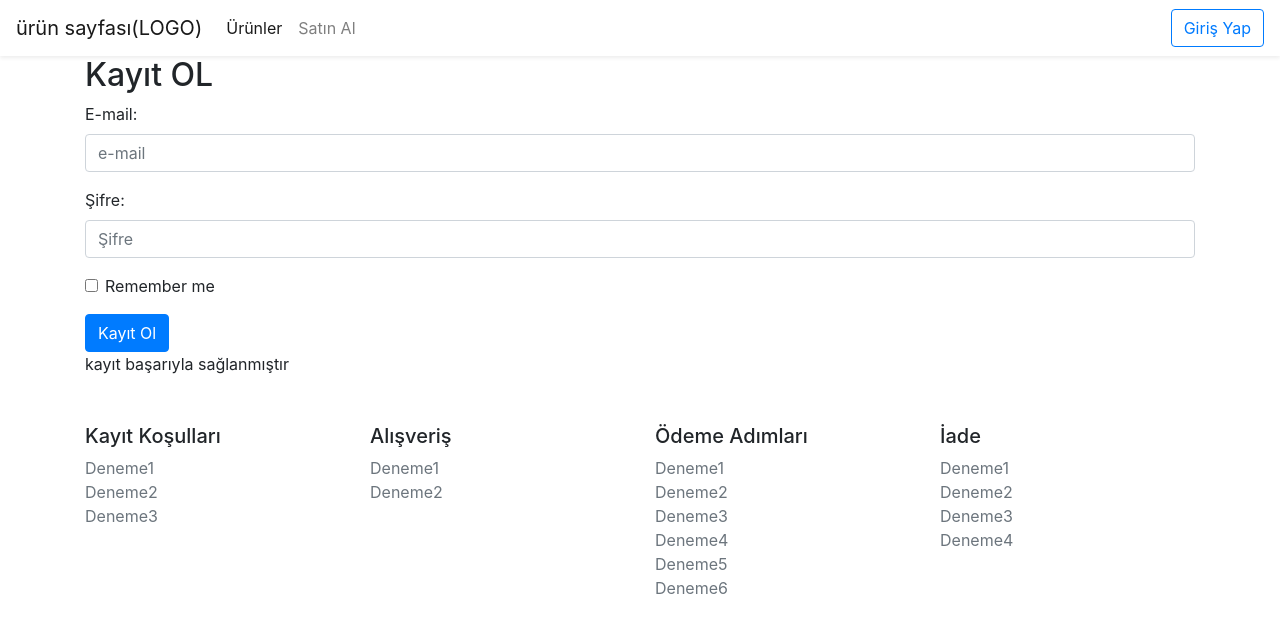
Repository: NergisAktug/E-Commerce-PythonWithFlask-Sqlite3
Page: http://localhost/kayit
An editor plug-in stored every save of this project. The page is shown before and after the next save, followed by the edit.
The browser window is 1280 px wide. The pictures show the whole page.
Some web libraries are served in a nearby version. The page is served by the project's application, run on Flask 3 (app.py).

Above is the page before, as saved 2018-12-02 21:36:17.

### templates/kayit.html
<!doctype html>
<html lang="en">
  <head>
      <!-- Required meta tags -->
    <meta charset="utf-8">
    <meta name="viewport" content="width=device-width, initial-scale=1, shrink-to-fit=no">
    <link rel="stylesheet" href="https://use.fontawesome.com/releases/v5.5.0/css/all.css" integrity="sha384-B4dIYHKNBt8Bc12p+WXckhzcICo0wtJAoU8YZTY5qE0Id1GSseTk6S+L3BlXeVIU" crossorigin="anonymous">
    <!-- Bootstrap CSS -->
    <link rel="stylesheet" href="https://stackpath.bootstrapcdn.com/bootstrap/4.1.3/css/bootstrap.min.css" integrity="sha384-MCw98/SFnGE8fJT3GXwEOngsV7Zt27NXFoaoApmYm81iuXoPkFOJwJ8ERdknLPMO" crossorigin="anonymous">

    <title>Hello, world!</title>
  </head>
  <body>
    <nav class="navbar navbar-expand-lg navbar-light shadow-sm" >
        <a href="#" class="navbar-brand">ürün sayfası(LOGO)</a>
        <button class="navbar-toggler" type="button" data-toggle="collapse" data-target="#navbarMenü">
            <span class="navbar-toggler-icon"></span>
        </button>
        <div class="collapse navbar-collapse" id="navbarMenü">
            <ul class="navbar-nav mr-auto">
                <li class="nav-item">
                    <a href="#" class="nav-link active" >Ürünler</a>
                 </li>
                 <li class="nav-item">
                        <a href="#" class="nav-link">Satın Al</a>
                     </li>

                       </ul>

                       <ul class="navbar-nav">
                        <li class="nav-item">
                              <a href="/üye" class="btn btn-outline-primary">Giriş Yap</a>
                             </li>
                       </ul>




             </div>

    </nav>
    <div class="container">


     <h2>Kayıt OL</h2>
            <form action="/kayit" method="POST">
              <div class="form-group">
                <label for="email">E-mail:</label>
                <input type="email" class="form-control" id="email" placeholder="e-mail" name="email">
              </div>
              <div class="form-group">
                <label for="pwd">Şifre:</label>
                <input type="password" class="form-control" id="pwd" placeholder="Şifre" name="sifre">
              </div>
              <div class="form-group form-check">
                <label class="form-check-label">
                  <input class="form-check-input" type="checkbox" name="remember"> Remember me
                </label>
              </div>
              <button type="submit" class="btn btn-primary">Kayıt Ol</button>
           </form>
           {% if mail!=[] and parola!=[] %}
        <p>kayıt başarıyla sağlanmıştır</p>

           {% endif %}

          </div>

   <footer class="my-5">
<div class="container">
      <div class="row">
     <div class="col-6 col-md-3">
       <h5>Kayıt Koşulları</h5>
       <ul class="list-unstyled">
        <li><a href="#" class="text-muted">Deneme1</a></li>
        <li><a href="#" class="text-muted">Deneme2</a></li>
        <li><a href="#" class="text-muted">Deneme3</a></li>

        </ul>
     </div>

     <div class="col-6 col-md-3">
        <h5>Alışveriş</h5>
        <ul class="list-unstyled">
            <li><a href="#" class="text-muted">Deneme1</a></li>
            <li><a href="#" class="text-muted">Deneme2</a></li>

         </ul>
      </div>
      <div class="col-6 col-md-3">
          <h5>Ödeme Adımları</h5>
          <ul class="list-unstyled">
              <li><a href="#" class="text-muted">Deneme1</a></li>
              <li><a href="#" class="text-muted">Deneme2</a></li>
              <li><a href="#" class="text-muted">Deneme3</a></li>
              <li><a href="#" class="text-muted">Deneme4</a></li>
              <li><a href="#" class="text-muted">Deneme5</a></li>
              <li><a href="#" class="text-muted">Deneme6</a></li>
           </ul>
        </div>
        <div class="col-6 col-md-3">
            <h5>İade</h5>
            <ul class="list-unstyled">
                <li><a href="#" class="text-muted">Deneme1</a></li>
                <li><a href="#" class="text-muted">Deneme2</a></li>
                <li><a href="#" class="text-muted">Deneme3</a></li>
                <li><a href="#" class="text-muted">Deneme4</a></li>
             </ul>
          </div>
      </div>
</div>
   </footer>

    <!-- Optional JavaScript -->
    <!-- jQuery first, then Popper.js, then Bootstrap JS -->
    <script src="https://unpkg.com/aos@2.3.1/dist/aos.js"></script>
    <script src="https://code.jquery.com/jquery-3.3.1.slim.min.js" integrity="sha384-q8i/X+965DzO0rT7abK41JStQIAqVgRVzpbzo5smXKp4YfRvH+8abtTE1Pi6jizo" crossorigin="anonymous"></script>
    <script src="https://cdnjs.cloudflare.com/ajax/libs/popper.js/1.14.3/umd/popper.min.js" integrity="sha384-ZMP7rVo3mIykV+2+9J3UJ46jBk0WLaUAdn689aCwoqbBJiSnjAK/l8WvCWPIPm49" crossorigin="anonymous"></script>
    <script src="https://stackpath.bootstrapcdn.com/bootstrap/4.1.3/js/bootstrap.min.js" integrity="sha384-ChfqqxuZUCnJSK3+MXmPNIyE6ZbWh2IMqE241rYiqJxyMiZ6OW/JmZQ5stwEULTy" crossorigin="anonymous"></script>
    <script>
        AOS.init();
      </script>
  </body>
</html>

### app.py
"""Flask Login Example and instagram fallowing find"""

from flask import Flask, url_for, render_template, request, redirect, session, escape
from flask_sqlalchemy import SQLAlchemy



app = Flask(__name__)
app.secret_key = 'any random string'

app.config['SQLALCHEMY_DATABASE_URI'] = 'sqlite:///kullanicilar.db'
db = SQLAlchemy(app)


class User(db.Model):
	""" Create user table"""
	id = db.Column(db.Integer, primary_key=True)
	email = db.Column(db.String(80), unique=True)
	sifre = db.Column(db.String(80))

	def __init__(self, email, sifre):
		self.email = email
		self.sifre = sifre


@app.route('/')
def index():
	if not session.get('giris_yap'):
		return render_template('index.html')
	else:
		if request.method == 'POST':
			return render_template('index.html')
		return render_template('index.html')


@app.route('/üye')
def uye():
	return render_template('/üye.html')
@app.route('/giris', methods=['GET', 'POST'])
def giris():
	if request.method == 'GET':
		return render_template('kayit.html')
	else:
		mail = request.form['email']
		parola = request.form['sifre']
		data = User.query.filter_by(email=mail, sifre=parola).first()
		if data is not None:
			session['giris_yap'] = True
			return redirect(url_for('index'))
		else:
			return  render_template('index.html')

@app.route('/kayit', methods=['GET', 'POST'])
def kayit():
	"""Register Form"""
	if request.method == 'POST':
		mail = request.form['email']
		parola = request.form['sifre']
		new_user = User(email=mail, sifre=parola)
		db.session.add(new_user)
		db.session.commit()

		return render_template('index.html',mail=mail)
	return render_template('kayit.html')
@app.route("/cıkıs")
def cıkıs():
	session['logged_in'] = False
	return redirect(url_for('index'))


if __name__ == '__main__':

	db.create_all()
	app.run(debug=True)

After the next save:
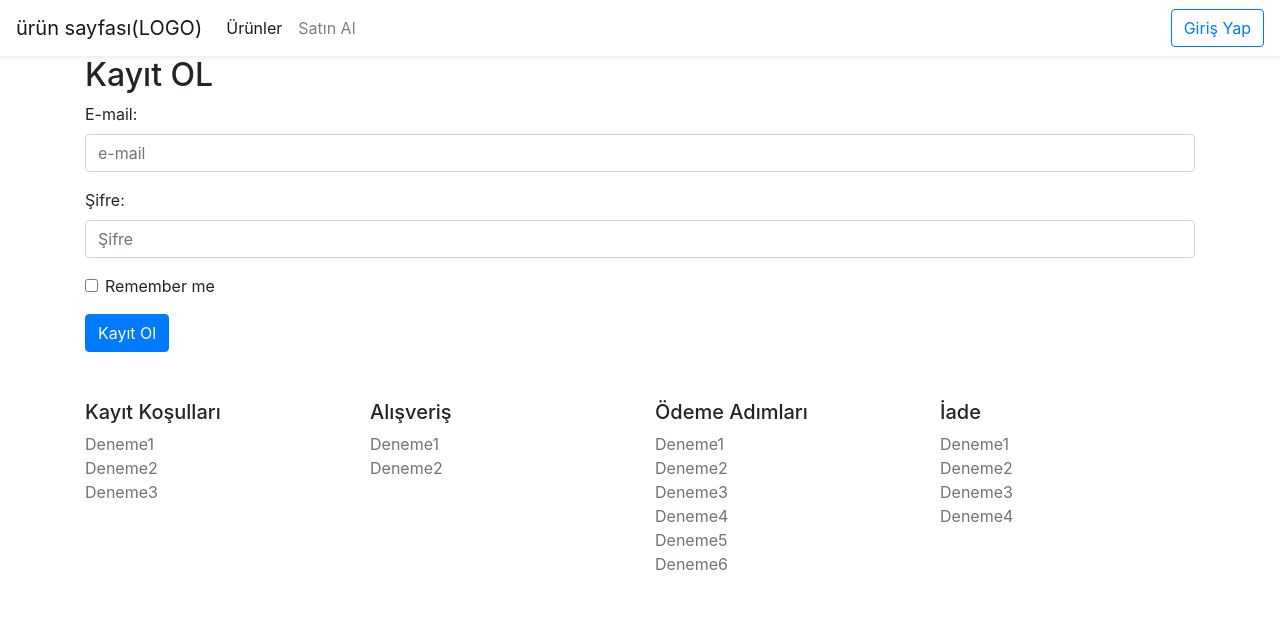
Saved 45 s later.
--- a/templates/kayit.html
+++ b/templates/kayit.html
@@ -59,10 +59,7 @@
               </div>
               <button type="submit" class="btn btn-primary">Kayıt Ol</button>
            </form>
-           {% if mail!=[] and parola!=[] %}
-        <p>kayıt başarıyla sağlanmıştır</p>
 
-           {% endif %}
 
           </div>
 
